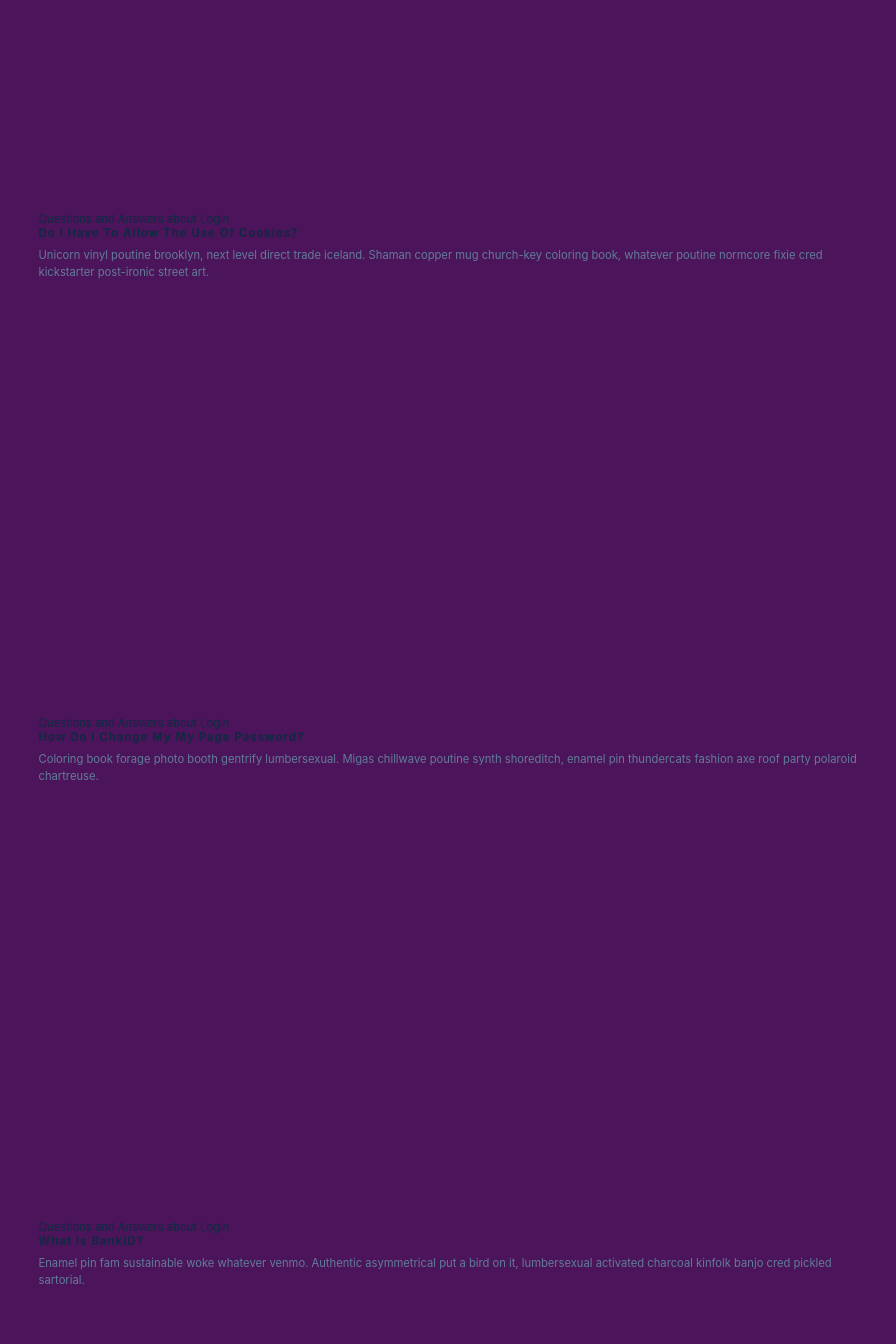
Repository: Reghanoid/Accordion
Page: /
The author's editor kept a copy of each file at every save. The page is drawn from the files as they stood at one save, then again after the next save.
The browser window is 1280 px wide. The pictures show the part of the page from y = 0 to 1920 px (the page is 3600 px tall), at 70% of full size.
The project was rebuilt for these pictures with package versions that can differ from the ones it lists, and the page was loaded fresh each time.

Above is the page before, as saved 2022-06-06 15:11:59.

### src/App.js
import React, { useState } from 'react'
import data from './data'
import SingleQuestion from './Question'
function App() {
  return (
    <div>
      {data.map((datum) => (
        <SingleQuestion key={datum.id} title={datum.title} info={datum.info} />
      ))}
    </div>
  )
}

export default App

### src/data.js
const questions = [
  {
    id: 1,
    title: 'Do I have to allow the use of cookies?',
    info:
      'Unicorn vinyl poutine brooklyn, next level direct trade iceland. Shaman copper mug church-key coloring book, whatever poutine normcore fixie cred kickstarter post-ironic street art.',
  },
  {
    id: 2,
    title: 'How do I change my My Page password?',
    info:
      'Coloring book forage photo booth gentrify lumbersexual. Migas chillwave poutine synth shoreditch, enamel pin thundercats fashion axe roof party polaroid chartreuse.',
  },
  {
    id: 3,
    title: 'What is BankID?',
    info:
      'Enamel pin fam sustainable woke whatever venmo. Authentic asymmetrical put a bird on it, lumbersexual activated charcoal kinfolk banjo cred pickled sartorial.',
  },
  {
    id: 4,
    title: 'Whose birth number can I use?',
    info:
      'Edison bulb direct trade gentrify beard lo-fi seitan sustainable roof party franzen occupy squid. Knausgaard cronut succulents, scenester readymade shabby chic lyft. Copper mug meh vegan gentrify.',
  },
  {
    id: 5,
    title: 'When do I recieve a password ordered by letter?',
    info:
      'Locavore franzen fashion axe live-edge neutra irony synth af tilde shabby chic man braid chillwave waistcoat copper mug messenger bag. Banjo snackwave blog, microdosing thundercats migas vaporware viral lo-fi seitan ',
  },
]
export default questions

### src/Question.js
import React, { useState } from 'react'
import { AiOutlineMinus, AiOutlinePlus } from 'react-icons/ai'
const Question = (props) => {
  return (
    <main>
      <div>
        <header>Questions and Answers about Login</header>
        <div className='section'>
          <h4> {props.title} </h4>
          <p> {props.info} </p>
        </div>
      </div>
    </main>
  )
}

export default Question

Loaded but not shown: public/index.html (common file); src/index.js (common file); src/index.css (common file)

After the next save:
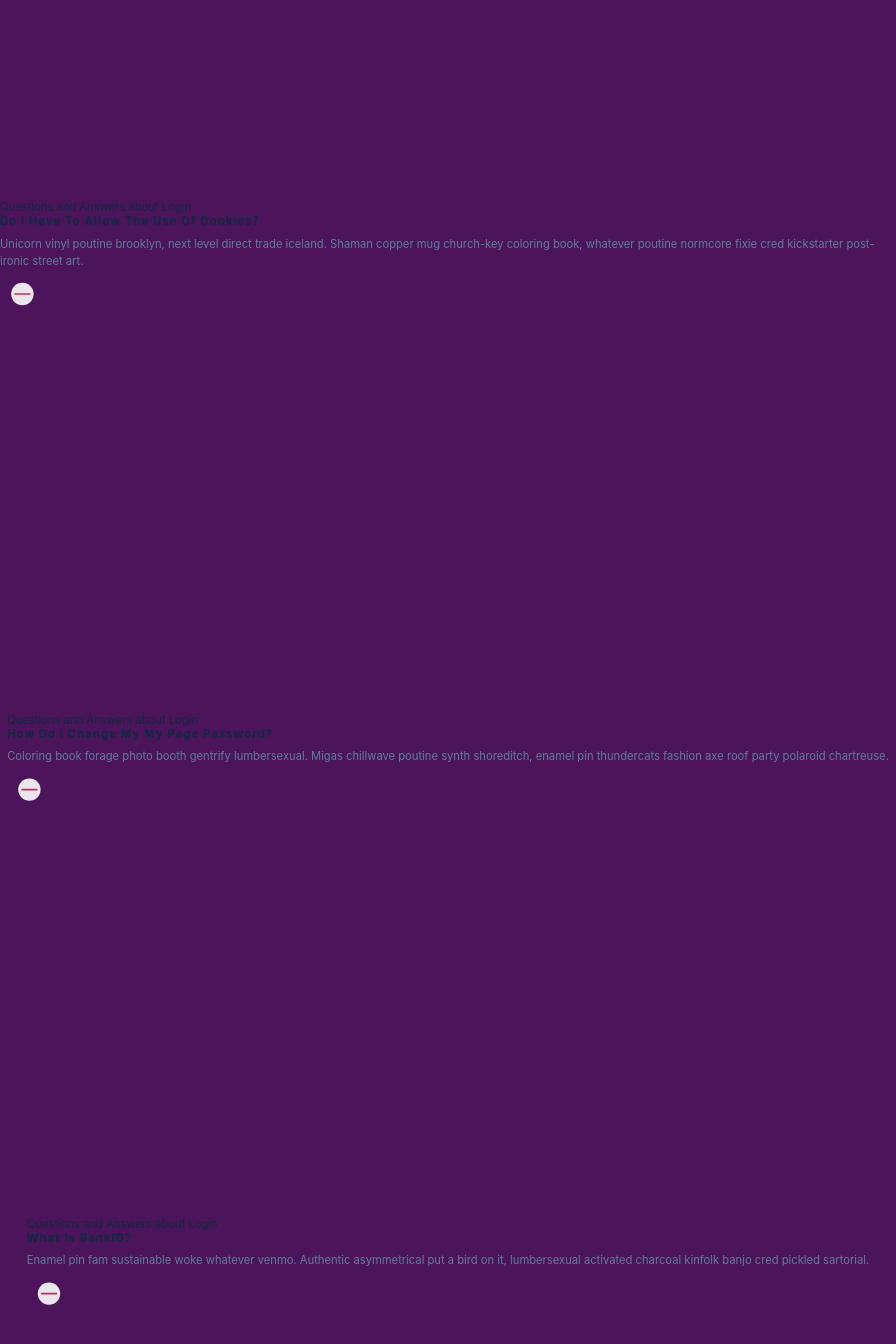
Saved 68 s later.
--- a/src/Question.js
+++ b/src/Question.js
@@ -5,9 +5,10 @@ const Question = (props) => {
     <main>
       <div>
         <header>Questions and Answers about Login</header>
-        <div className='section'>
+        <div className=''>
           <h4> {props.title} </h4>
           <p> {props.info} </p>
+          <AiOutlineMinus className='btn' />
         </div>
       </div>
     </main>
